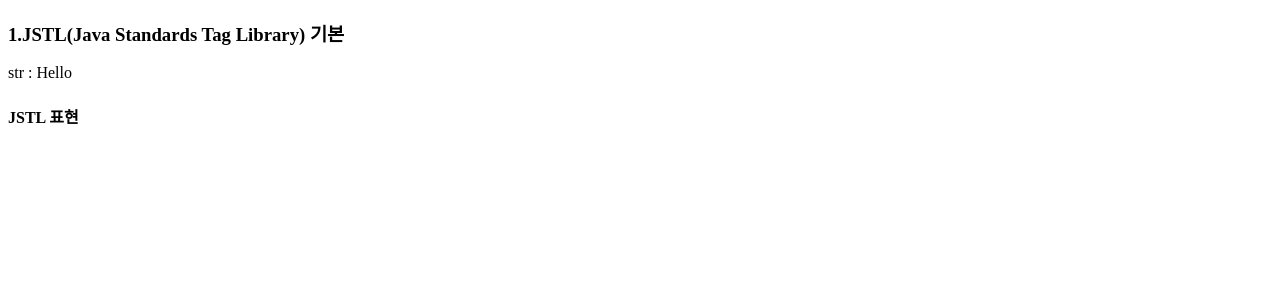
Repository: donghobu/JSP
Page: http://localhost/Ch12/12-1.jsp
The author's editor kept a copy of each file at every save. The page is drawn from the files as they stood at one save, then again after the next save.
The browser window is 1280 px wide. The pictures show the whole page.
The page is served by Tomcat 9.

Above is the page before, as saved 2020-07-13 02:13:59.

### Ch12/WebContent/12-1.jsp
<%@ page language="java" contentType="text/html; charset=EUC-KR"
    pageEncoding="EUC-KR"%>
<!DOCTYPE html>
<html>
<head>
<meta charset="EUC-KR">
<title>12-1</title>
</head>
<body>
	<h3>1.JSTL(Java Standards Tag Library) 기본</h3>
	<%
		String str = "Hello";
		out.println("<p>str : "+str+"</p>");
	%>

	<h4>JSTL 표현</h4>
	<c:set var="str" value="Hello"/>

</body>
</html>

After the next save:
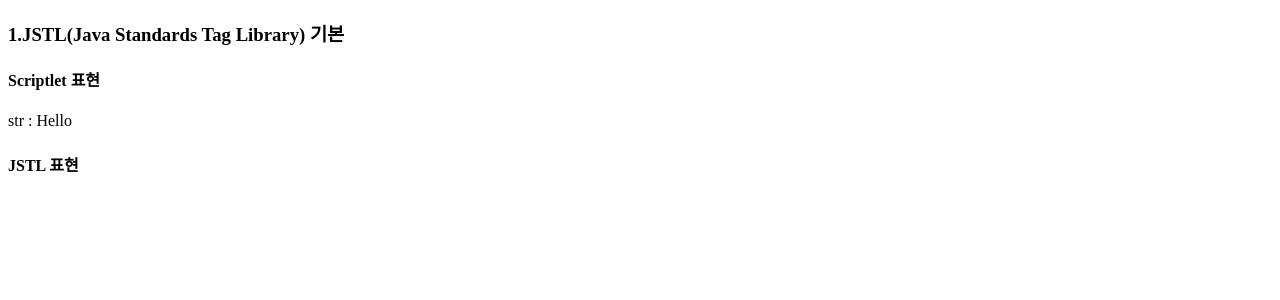
Saved 20 s later.
--- a/Ch12/WebContent/12-1.jsp
+++ b/Ch12/WebContent/12-1.jsp
@@ -8,13 +8,14 @@
 </head>
 <body>
 	<h3>1.JSTL(Java Standards Tag Library) 기본</h3>
+	<h4>Scriptlet 표현</h4>
 	<%
 		String str = "Hello";
 		out.println("<p>str : "+str+"</p>");
 	%>
 
 	<h4>JSTL 표현</h4>
-	<c:set var="str" value="Hello"/>
+	<c:set var="str" value="Hello" />
 
 </body>
 </html>
